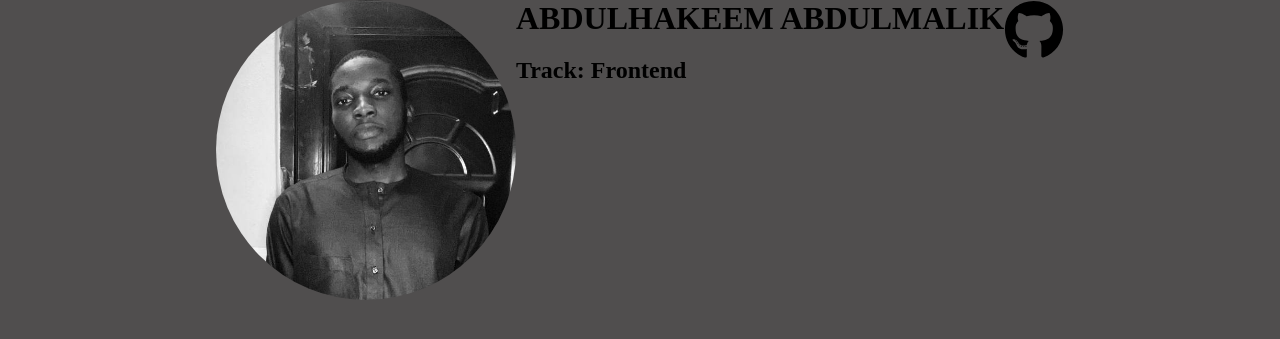
Repository: malikhakeem/HNG-TASK
Page: HNG-TASK1.html
The author's editor kept a copy of each file at every save. The page is drawn from the files as they stood at one save, then again after the next save.
The browser window is 1280 px wide. The pictures show the whole page.

Above is the page before, as saved 2023-09-08 21:56:19.

### HNG-TASK1.html
<!DOCTYPE html>
<html lang="en">

<head>
    <meta charset="UTF-8">
    <meta name="viewport" content="width=device-width, initial-scale=1.0">

    <link rel="stylesheet" href="./HNG-TASK!.css">
    <title>HNG</title>
</head>

<body>
    <div class="body">
        <div class="nav">
            <div class="nav-left"><img data-testId="slackDisplayImage" class="profile-pic" src="./pic/kim.jpg"alt="Malik" /></div>
            <div class="nav-mid">
                <div class="slack-name">
                    <h1>ABDULHAKEEM ABDULMALIK</h1>
                </div>
                <div data-testId="myTrack"class="track">
                    <h2>Track: Frontend</h2>
                </div>
            </div>
            <div data-testId="slackUserName" class="nav-right">
                <a href="link address"><img src="./pic//github.svg" width="60" height="60"></a>
            </div>

        </div>
    </div>

</body>

</html>

### HNG-TASK!.css
*{
    padding:0px;
    margin:0px;

}

.profile-pic{
    width:300px;
    height:300px;
    border-radius: 50%;
}
.nav{
    display:flex;

    justify-content: space-between;
    padding: 0px 100px 0px 100px;
}

.track{
    padding-top: 20px;
}

body{
    display:flex;
    justify-content: center;
    align-items:center;
    background-color:rgb(80, 78, 78);
}

After the next save:
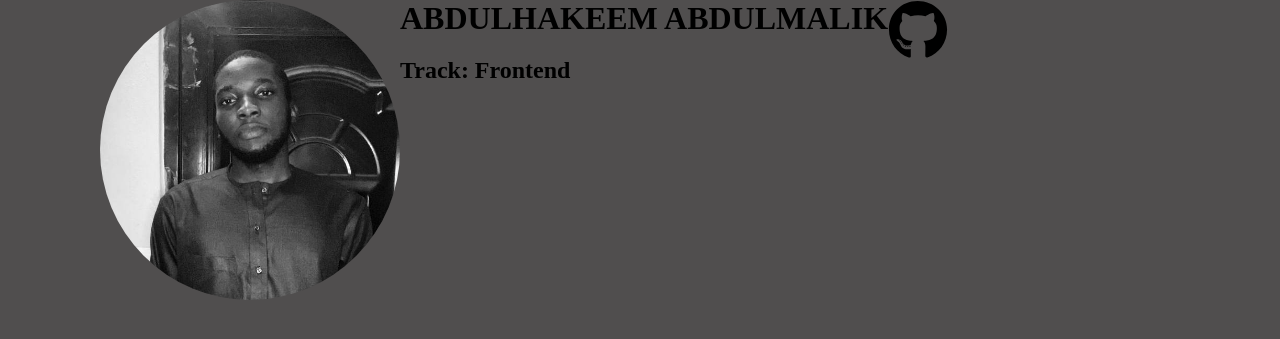
Saved 14 s later.
--- a/HNG-TASK!.css
+++ b/HNG-TASK!.css
@@ -22,7 +22,7 @@
 
 body{
     display:flex;
-    justify-content: center;
+    justify-items: center;
     align-items:center;
     background-color:rgb(80, 78, 78);
 }
